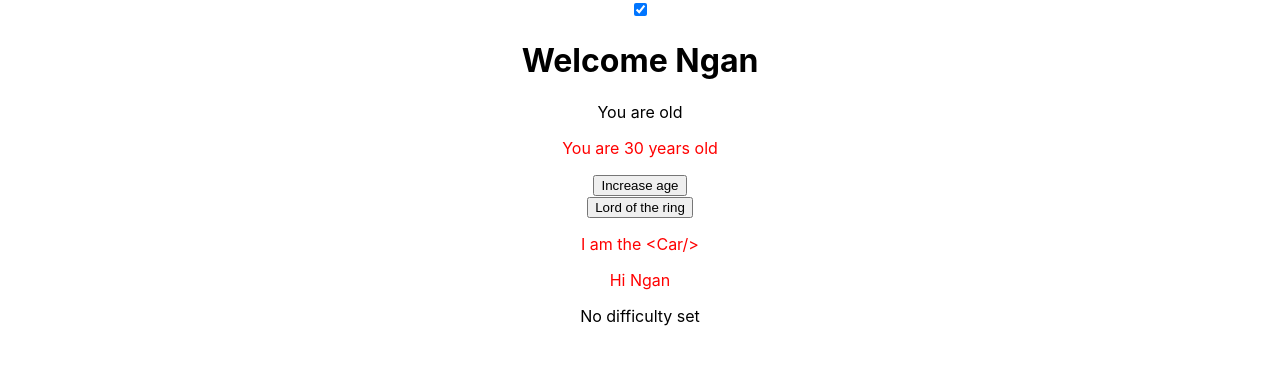
Repository: nguyenthibichngan/learn-react-redux
Page: /
An editor plug-in stored every save of this project. The page is shown before and after the next save, followed by the edit.
The browser window is 1280 px wide. The pictures show the whole page.
The project was rebuilt for these pictures with package versions that can differ from the ones it lists, and the page was loaded fresh each time.

Above is the page before, as saved 2023-09-11 15:37:16.

After the next save:
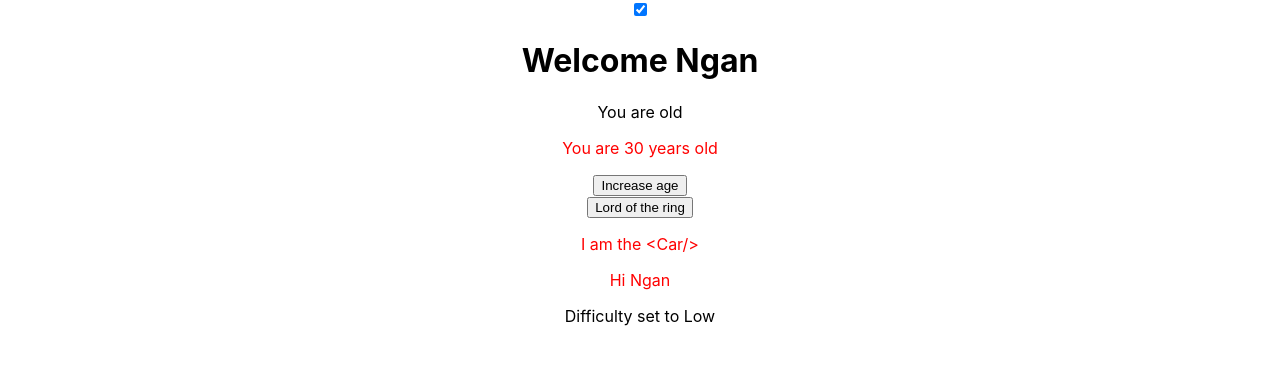
Saved 4 s later.
--- a/src/App.js
+++ b/src/App.js
@@ -41,7 +41,7 @@ function App() {
       <Car />
       <Greeting />
 
-      <DisplayDifficulty />
+      <DisplayDifficulty difficulty="Low" />
     </div>
   );
 }
